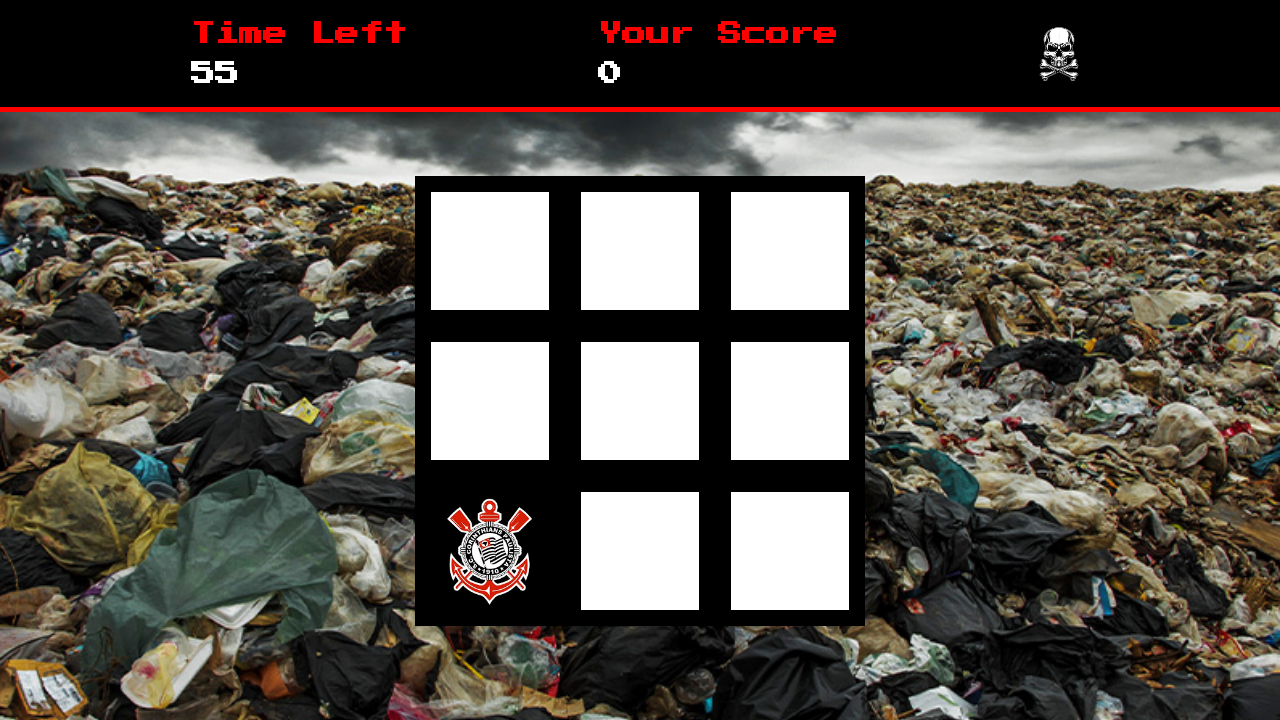
Repository: saulobeltrame/jogo-corinthians
Page: index.html
An editor plug-in stored every save of this project. The page is shown before and after the next save, followed by the edit.
The browser window is 1280 px wide. The pictures show the whole page.
Some web fonts or font styles are not loaded; a fallback is used.

Above is the page before, as saved 2024-11-20 22:32:18.

After the next save:
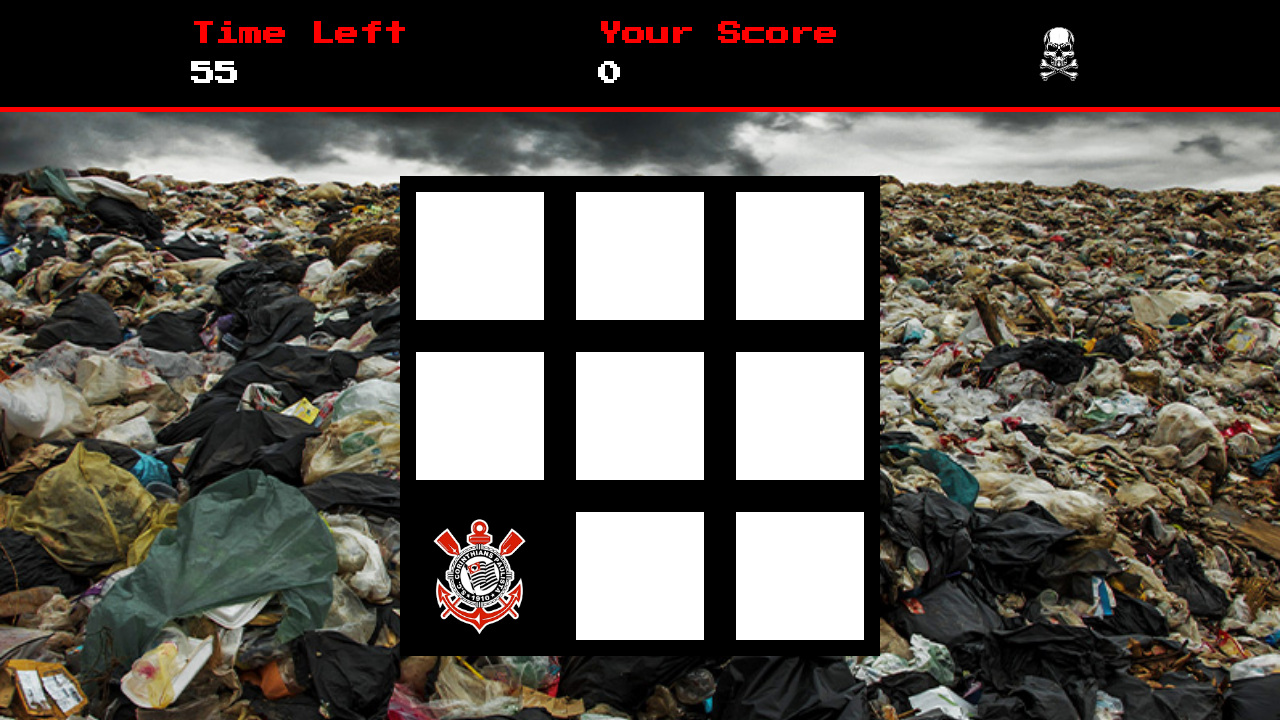
Saved 18 s later.
--- a/src/styles/main.css
+++ b/src/styles/main.css
@@ -27,8 +27,8 @@
 
 }
 .square{
-    height: 150px;
-    width: 150px;
+    height: 10rem;
+    width: 10rem;
     border: 1rem solid rgb(0, 0, 0);
     background-color: #ffffff;
 }
